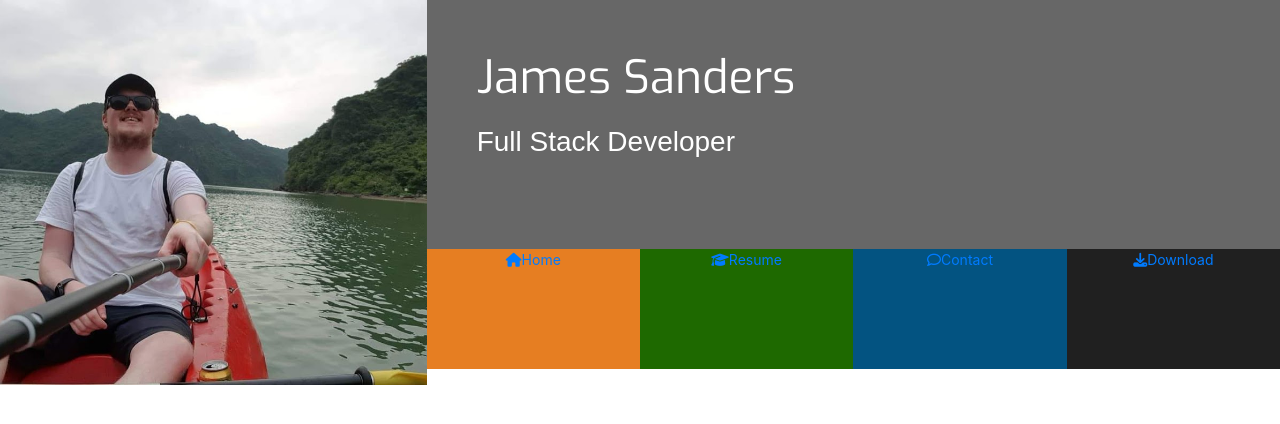
Repository: JaySanders95/my-online-resume
Page: index.html
An editor plug-in stored every save of this project. The page is shown before and after the next save, followed by the edit.
The browser window is 1280 px wide. The pictures show the whole page.
Some web fonts or font styles are not loaded; a fallback is used. Some web libraries are served in a nearby version.

Above is the page before, as saved 2023-04-19 15:52:31.

### index.html
<!DOCTYPE html>
<html lang="en">
<head>
    <meta charset="UTF-8">
    <meta http-equiv="X-UA-Compatible" content="IE=edge">
    <meta name="viewport" content="width=device-width, initial-scale=1.0">
    <link rel="stylesheet" href="https://cdn.jsdelivr.net/npm/@fortawesome/fontawesome-free@6.2.1/css/fontawesome.min.css" integrity="sha384-QYIZto+st3yW+o8+5OHfT6S482Zsvz2WfOzpFSXMF9zqeLcFV0/wlZpMtyFcZALm" crossorigin="anonymous">
    <link rel="stylesheet" href="https://cdn.jsdelivr.net/npm/bootstrap@4.6.2/dist/css/bootstrap.min.css" integrity="sha384-xOolHFLEh07PJGoPkLv1IbcEPTNtaed2xpHsD9ESMhqIYd0nLMwNLD69Npy4HI+N" crossorigin="anonymous">
    <link rel="stylesheet" href="assets/css/style.css">
    <title>James Sanders' Resume</title>
</head>
<body>
    <header>
        <div class="row no-gutters">
            <a href="index.html" class="col-md-4 logo">

            </a>
            <div class="col-md-8">
                <div class="row bg-color-name-title no-gutters">
                    <div class="col heading">
                        <h1 class="name">James Sanders</h1>
                        <h2 class="title">Full Stack Developer</h2>

                    </div>
                </div>
                <div class="row no-gutters">
                    <div class="col">
                        <ul id="nav" class="list-inline menucontainer">
                            <li class="col-6 col-sm-3 ui-menu-color-home list-inline-item menuitem">
                                <a href="#"><i class="fa fa-home" aria-hidden="true"></i><span>Home</span></a>
                            </li>
                            <li class="col-6 col-sm-3 ui-menu-color-resume list-inline-item menuitem">
                                <a href="#"><i class="fa fa-graduation-cap" aria-hidden="true"></i><span>Resume</span></a>
                            </li>
                            <li class="col-6 col-sm-3 ui-menu-color-contact list-inline-item menuitem">
                                <a href="#"><i class="fa fa-comment-o" aria-hidden="true"></i><span>Contact</span></a>
                            </li>
                            <li class="col-6 col-sm-3 ui-menu-color-download list-inline-item menuitem">
                                <a href="#"><i class="fa fa-download" aria-hidden="true"></i><span>Download</span></a>
                            </li>
                        </ul>
                    </div>
                </div>
            </div>
        </div>
    </header>
    <section>

    </section>
    <footer>

    </footer>
    <script src="https://kit.fontawesome.com/c80cd6a143.js" crossorigin="anonymous"></script>
</body>
</html>

### assets/css/style.css
@import url('https://fonts.googleapis.com/css2?family=Anuphan:100,200,300,400,500,600,700wght@300&family=Exo:100,200,300,400,500,600,700ital,wght@1,300&display=swap');
.bg-color-name-title {
    background-color:#676767;
}


.ui-menu-color-home {
    background-color: #e67e22;
}

.ui-menu-color-resume {
    background-color: #1e6900;
}

.ui-menu-color-contact {
    background-color: #035381;
}

.ui-menu-color-download {
    background-color: #202020;
}

header {
    margin: 0;
}

.heading {
    margin-left: 50px;
}

.logo {
    background: url(../images/me.png);
    background-position: center;
    background-repeat: no-repeat;
    background-size: cover;
    min-height: 360px;
    transition: all .5s ease-in-out;
    -moz-transition: all .5s ease-in-out;
    -webkit-transition: all .5s ease-in-out;
}

.name {
    font-family: 'Exo', sans-serif;
    font-weight: 100;
    font-size: 46px;
    margin-top: 50px;
    color: #fff;
}

.title {
    font-family: 'Anuphan', sans-serif;
    font-weight: 200;
    font-size: 28px;
    margin-top: 20px;
    margin-bottom: 90px;
    color: #fff;
}

.list-inline-item:not(:last-child) {
    margin: 0;
}

.menucontainer {
    font-size: 0;
}

#nav li {
    font-size: 14px;
    padding: 0;
}

.menuitem {
    height: 120px;
    text-align: center;
    padding: 0;

}

.menuitem a {
    width: 100%;
    text-decoration: none;
}

After the next save:
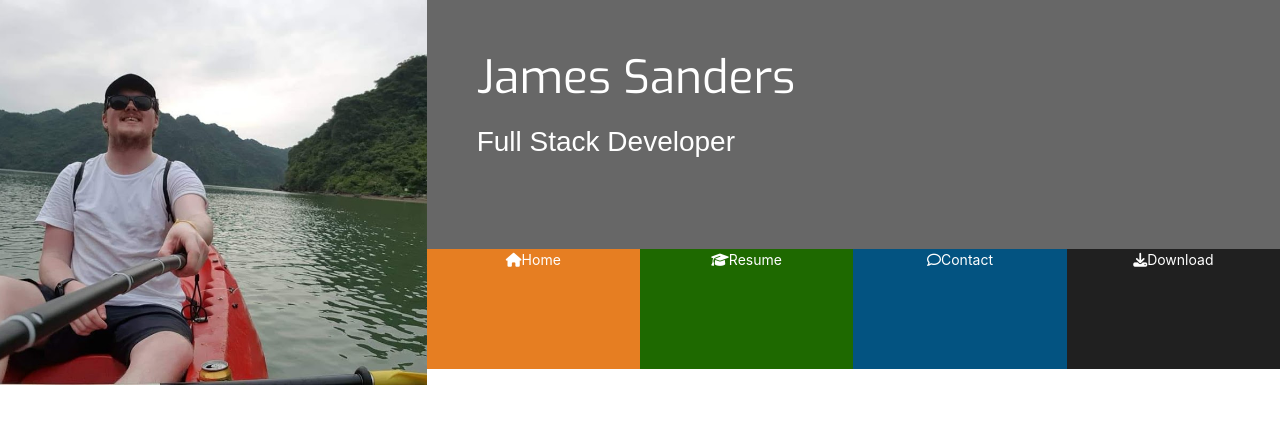
Saved 13 s later.
--- a/assets/css/style.css
+++ b/assets/css/style.css
@@ -79,4 +79,6 @@ header {
 .menuitem a {
     width: 100%;
     text-decoration: none;
+    color: #fff;
+    height: 120px;
 }
